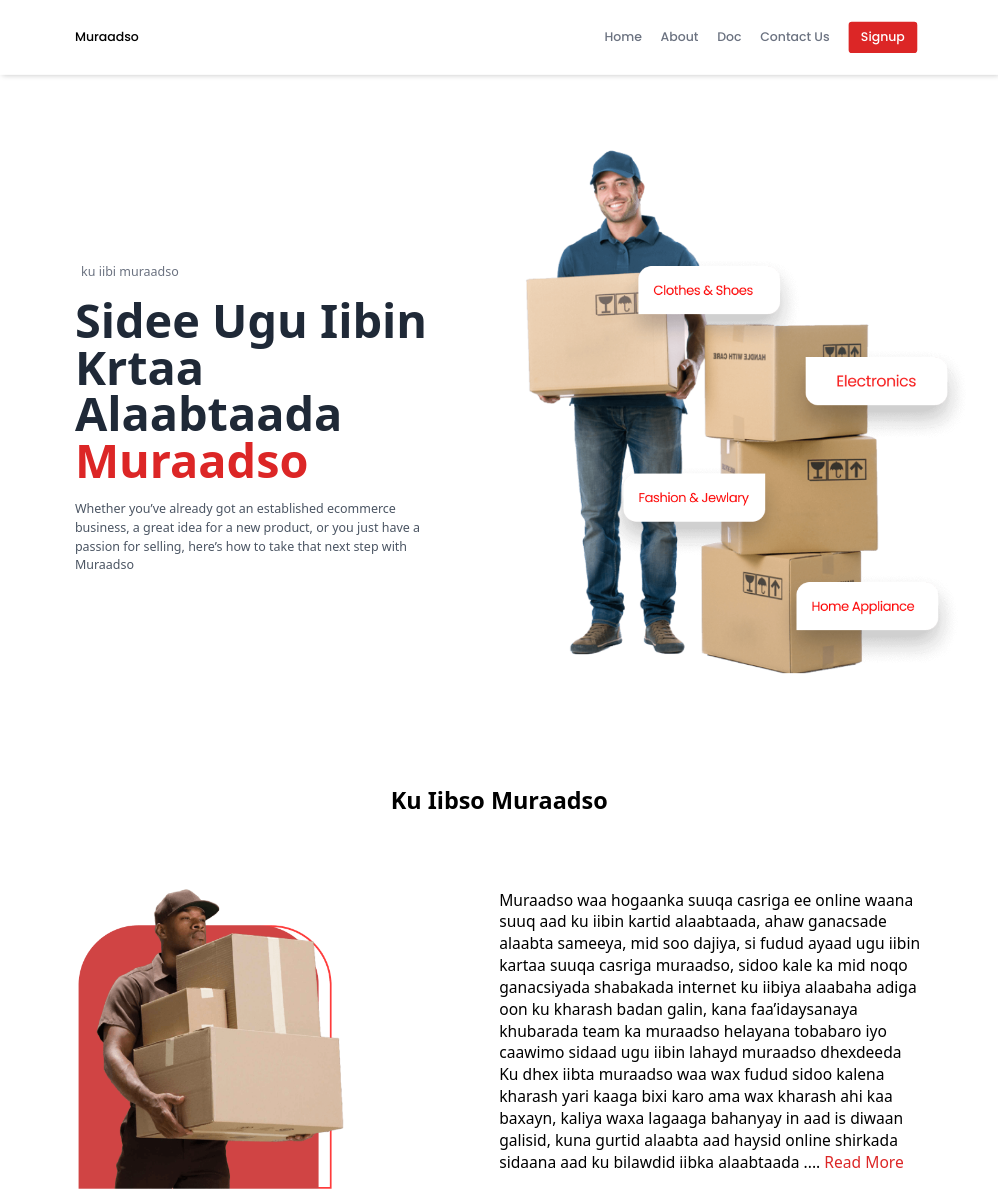
Repository: muraadso/Muraadso-Sellers
Page: /
These files come from the project's save history. The page is drawn as it stood at one moment and after the next save; the edit follows.
The browser window is 1280 px wide. The pictures show the whole page, at 78% of full size.
The project was rebuilt for these pictures with package versions that can differ from the ones it lists, and the page was loaded fresh each time. The framework's server and built-in components were replaced by stand-ins that run in the browser. Also part of the build but not shown: next.config.js.

Above is the page before, as saved 2021-12-05 19:42:24.

### pages/_app.js
import '../styles/globals.css'
 import 'tailwindcss/tailwind.css'
import { Layout } from '../components/Layout'


function MyApp({ Component, pageProps }) {
  return (
    <Layout>
      <Component {...pageProps} />
    </Layout>
  )
}

export default MyApp

### pages/index.js
import Head from 'next/head'
import Image from 'next/image'
import Navbar from '../components/Navbar'
import Hero from '../components/Hero'
import About from '../components/About'
import styles from '../styles/Home.module.css'


export default function Home() {
  return (
    <div className={styles.container}>
      <Head>
        <title>Muraadso Sellers</title>
        <meta name="description" content="Generated by create next app" />
        <link rel="icon" href="/favicon.ico" />
      </Head>
      <Hero />
      <About />
    </div>
  )
}

### styles/globals.css
@import url('https://fonts.googleapis.com/css2?family=Lato:ital,wght@0,300;0,400;0,700;0,900;1,700&family=Poppins:wght@200;300;400;500;600;700&display=swap');
html,
body {
  padding: 0;
  margin: 0;
}

a {
  color: inherit;
  text-decoration: none;
}

* {
  box-sizing: border-box;
}


.navbar {
  box-shadow: 2px 1px 7px rgba(0, 0, 0, 0.226);
  font-family: 'Poppins', sans-serif  ;
  font-weight: 500;

}
  .logo{
    font-family: 'Lato', sans-serif;
    font-weight: 700;
    color: rgb(233, 59, 59);
    font-size: 20px ;
  }

.nav{
}





@media screen and  (max-width: 415px){
  .nav{
    display: flex;
    color: blue;
    flex-direction: row;
  }
}




@tailwind base;
@tailwind components;
@tailwind utilities

### components/Layout.js
import Navbar from "./Navbar"
import Footer from "./Footer"

export const Layout = ({children}) => {
    return (
        <div className="layout">
            <Navbar />
                {children}
            <Footer />



        </div>
    )
}

### components/Navbar.jsx
import React, { useState } from "react";
import { HiOutlineMenuAlt2, HiOutlineMenuAlt3 } from "react-icons/hi";



export default function Navbar() {
  const [showNav, setShowNav] = useState(false);

  return (
    <nav className="sticky top-0 z-20 items-center justify-between bg-white px-14 md:px-24 md:py-5 navbar md:flex">
      <div className="flex items-center justify-between">
        <a href="#">
          <h2>Muraadso</h2>
        </a>


        {showNav ? (
          <HiOutlineMenuAlt3
            onClick={() => setShowNav(!showNav)}
            className="block w-10 h-10 p-2 cursor-pointer md:hidden"
          />
        ) : (
          <HiOutlineMenuAlt2
            onClick={() => setShowNav(!showNav)}
            className="block w-10 h-10 p-2 cursor-pointer md:hidden"
          />
        )}
      </div>

      <ul
        className={
          (showNav ? "left-0" : "-left-full") +
          " md:static fixed bottom-0 md:ml-24 top-14 md:flex md:space-x-6 items-center md:bg-transparent bg-white bg-opacity-90 md:w-auto w-10/12 md:text-gray-500 text-gray-800  md:space-y-0 space-y-5 p-2 transition-left nav"
        }
      >
        <a href="#"> Home</a>
        <a href="#"> About</a>
        <a href="#"> Doc</a>
        <a href="#"> Contact Us</a>
      <a className="px-4 py-2 text-white bg-red-600 rounded" href="">Signup</a>
      </ul>
    </nav>
  );
}

























// const Navbar = () => {
//     return (
//         <div>
//      <div className="sticky top-0 z-20 items-center justify-between bg-white md:flex navbar">
//          <a className="logo" href="#">Muraadso</a>
//          <nav className="fixed bottom-0 items-center w-10/12 p-2 space-y-5 text-white bg-gray-500 md:static top-12 md:flex md:space-x-7 md:bg-transparent bg-opacity-90 md:w-auto md:text-gray-500 md:space-y-0 transition-left nav">
//              <a className="hover:text-red-600" href="">Home</a>
//              <a className="hover:text-red-600" href="">About</a>
//              <a className="hover:text-red-600" href="">Doc</a>
//              <a className="hover:text-red-600" href="">Contact Us</a>
//          </nav>
//          <a href="#" className="px-4 py-2 text-white bg-red-600 rounded hover:bg-red-700 signup ">Signup</a>
//      </div>

//         </div>
//     )
// }

// export default Navbar

### components/Hero.jsx
const Hero = () => {
    return (
        <div className="grid grid-cols-2 mt-24 hero">
                <div className="px-16 py-36 herotxt">
                    <h6 className="px-2 font-medium text-gray-500">ku iibi muraadso</h6>
                    <h1 className="my-5 md:font-bold md:text-gray-800 md:capitalize lg:text-6xl">sidee ugu iibin krtaa <br /> alaabtaada <span className="md:text-red-600">muraadso </span></h1>
                    <p className="text-gray-600" >Whether you’ve already got an established ecommerce business, a great idea for a new product, or you just have a passion for selling, here’s how to take that next step with Muraadso</p>
                </div>
                <div className="heroimg">
                    <img className="w-4/4 "  src="/images/heroimage.png" alt="heroimage" />
                </div>

        </div>
    )
}

export default Hero

### components/About.jsx

const About = () => {
    return (
        <div className="mt-32">
            <h1 className="text-3xl font-bold text-center">Ku Iibso Muraadso</h1>
            <div className="grid grid-cols-2 px-16 about-content">
                <div className="mt-24 aboutimg">
            <img src="/images/aboutimage.png" className="md:h-96" alt="about image" />
                </div>
                <div className="mt-24 about-text">
                    <p className="text-xl">
                        Muraadso waa hogaanka suuqa casriga ee online waana suuq aad ku iibin kartid alaabtaada, ahaw ganacsade alaabta sameeya, mid soo dajiya, si fudud ayaad ugu iibin kartaa suuqa casriga muraadso, sidoo kale ka mid noqo ganacsiyada shabakada internet ku iibiya alaabaha adiga oon ku kharash badan galin, kana faa’idaysanaya khubarada team ka muraadso helayana tobabaro iyo caawimo sidaad ugu iibin lahayd muraadso dhexdeeda Ku dhex iibta muraadso waa wax fudud sidoo kalena kharash yari kaaga bixi karo ama wax kharash ahi kaa baxayn, kaliya waxa lagaaga bahanyay in aad is diwaan galisid, kuna gurtid alaabta aad haysid online shirkada sidaana aad ku bilawdid iibka alaabtaada  .... <span className="text-red-600">Read More</span>
                    </p>
                </div>


            </div>
        </div>
    )
}

export default About

### components/Footer.jsx
const Footer = () => {
    return (
        <div>
        </div>
    )
}

export default Footer

### tailwind.config.js
module.exports = {
   purge: ['./pages/**/*.{js,ts,jsx,tsx}', './components/**/*.{js,ts,jsx,tsx}'],
  darkMode: false, // or 'media' or 'class'
  theme: {
    extend: {
      transitionProperty: {
         'left': 'left',
        }
    },

  },
  variants: {
    extend: {},
  },
  plugins: [],
}

Loaded but not shown: pages/api/hello.js (common file); styles/Home.module.css (common file)

After the next save:
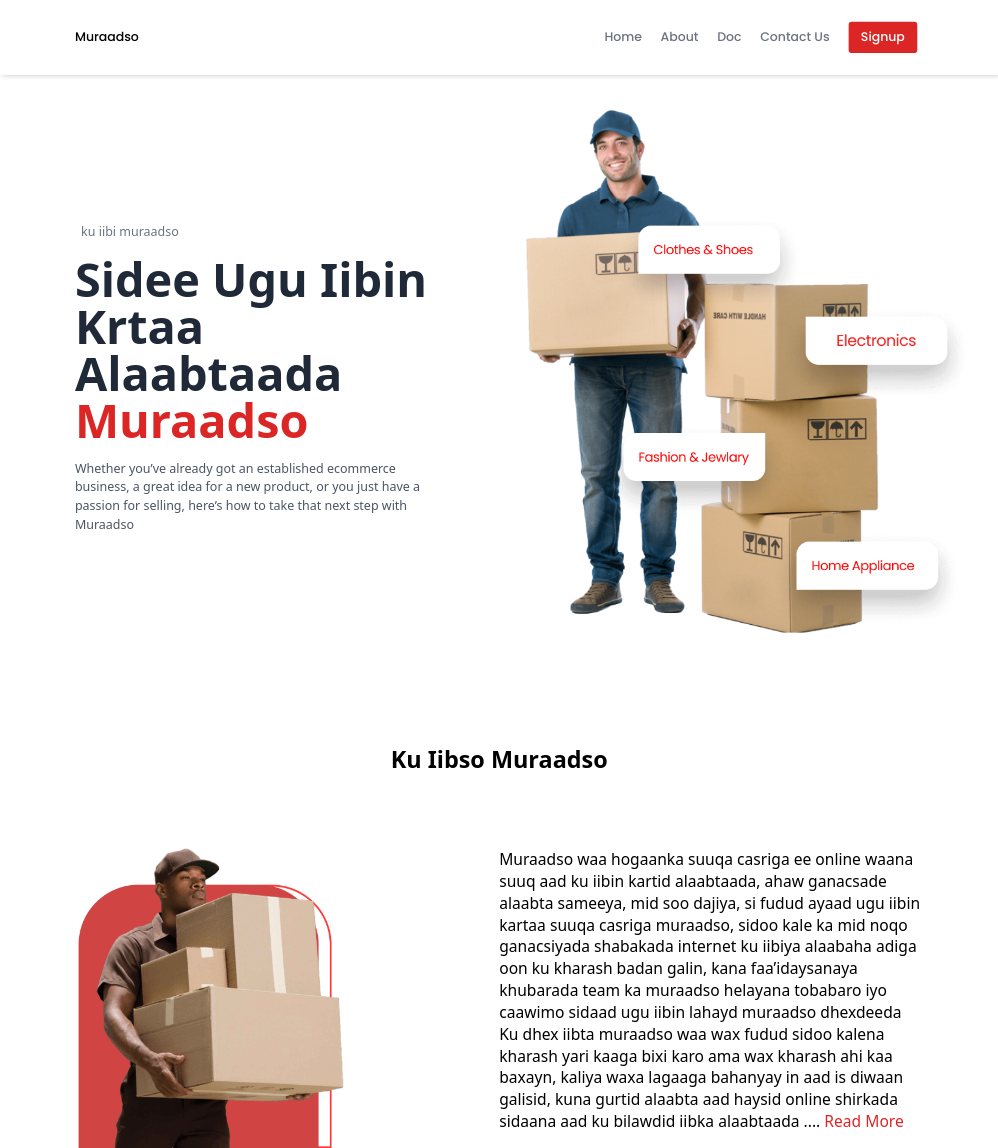
Saved 12 s later.
--- a/components/Hero.jsx
+++ b/components/Hero.jsx
@@ -1,6 +1,6 @@
 const Hero = () => {
     return (
-        <div className="grid grid-cols-2 mt-24 hero">
+        <div className="grid grid-cols-2 mt-11 hero">
                 <div className="px-16 py-36 herotxt">
                     <h6 className="px-2 font-medium text-gray-500">ku iibi muraadso</h6>
                     <h1 className="my-5 md:font-bold md:text-gray-800 md:capitalize lg:text-6xl">sidee ugu iibin krtaa <br /> alaabtaada <span className="md:text-red-600">muraadso </span></h1>
